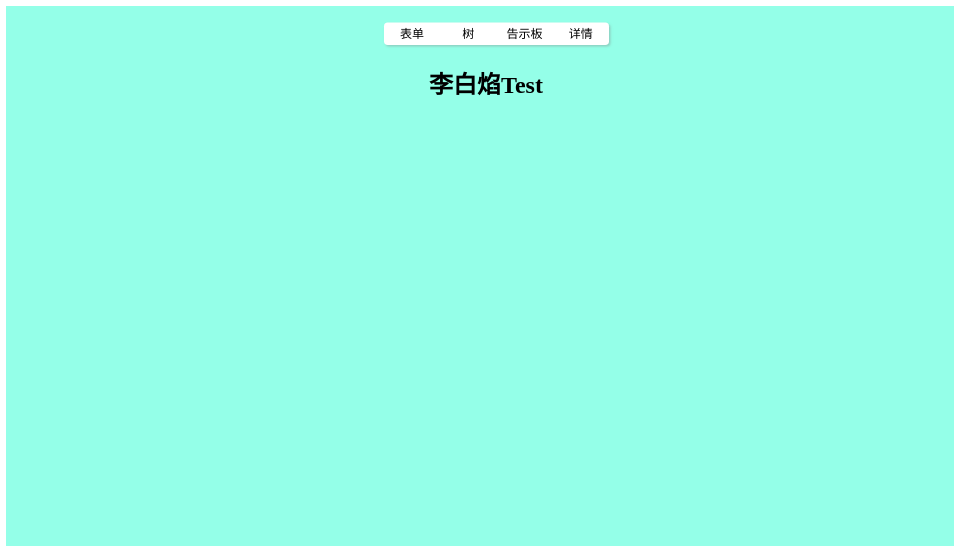
Repository: lxl0302/ClassBegin_-sound_code
Page: /
These files come from the project's save history. The page is drawn as it stood at one moment and after the next save; the edit follows.
The browser window is 1280 px wide. The page is 1288 px wide, so the pictures cover 1288 px, including what lies to the right of the window. The pictures show the whole page, at 75% of full size.
The project was rebuilt for these pictures with package versions that can differ from the ones it lists, and the page was loaded fresh each time. Also part of the build but not shown: src/form/Form.vue, src/form/FromItem.vue, src/form/Input.vue, src/notice/KNotice.vue, src/form/index.vue, src/tree/Item1.vue, src/tree/index1.vue.

Above is the page before, as saved 2020-07-08 17:05:26.

### src/main.js
import Vue from 'vue'
import App from './App.vue'
import create from './utils/create'
import router from './router/index'

Vue.config.productionTip = false

Vue.prototype.$create =create

new Vue({
  router,
  render: h => h(App),
}).$mount('#app')

### src/App.vue
<template>
  <div id="app">
    <HelloWorld />
  </div>
</template>

<script>
import HelloWorld from './views/index'

export default {
  name: 'App',
  components: {
    HelloWorld
  }
}
</script>

<style>
  html,body{
    height: 100%;
  }
  #app {
    height: 100%;
  }
</style>

### src/utils/create.js
import Vue from 'vue';

export default function create(Component, props) {
  // 先创建实例
  const vm = new Vue({
    render(h) {
      // h就是createElement, 它返回VNode
      return h(Component, {props})
    }
  }).$mount();
  // 手动挂在dom 创建实例后 会有与实例对应的实体dom
  document.body.appendChild(vm.$el)
  // 销毁方法
  const comp = vm.$children[0];
  comp.remove = function() {
    document.body.removeChild(vm.$el); // 移除实体dom
    vm.$destroy() // 销毁实例
  }
  return comp
}

### src/router/index.js
import Vue from "vue";
import VueRouter from "vue-router";

// 1.安装插件
Vue.use(VueRouter);

// 2.创建vue-router实例
//   2.1 导入路由映射组件
import KFrom from "../form/index.vue";
import Tree from "../tree/index1.vue";
import HomePage from '../views/homepage.vue'
const router = new VueRouter({
  // 配置映射
  routes: [
    {
      path: '',
      redirect: '/pagehome'
    },
    {
      path: '/pagehome',
      component: HomePage
    },
    {
      path: "/kform", // 设置路由路径
      component: KFrom, // 路由路径对应组件
    },
    {
      path: "/tree",
      component: Tree,
    },
  ],
});

// 3.导出
export default router;

### src/views/index.vue
<template>
  <div class="zong">
    <div class="toolbar">
      <span @click="formClick">表单</span>
      <span @click="treeClick">树</span>
      <span>告示板</span>
      <span>详情</span>
    </div>
    <!-- 展示路由组件 -->
    <router-view></router-view>
  </div>
</template>

<script>
  export default {
    name: '',
    components: {},
    data() {
      return {}
    },
    computed: {},
    mounted() {},
    methods: {
      formClick() {
        this.$router.push('/kform')
      },
      treeClick() {
        this.$router.push('/tree')
      }
    }
  }
</script>
<style scoped>
  div {
    /*早期浏览器*/
    user-select: none;
  }

  .zong {
    width: 100%;
    height: 100%;
    background-color: rgba(0, 255, 200, 0.418);
  }

  .toolbar {
    position: absolute;
    top: 30px;
    left: 40%;
    width: 300px;
    height: 30px;
    border-radius: 5px;
    background-color: white;
    box-shadow: 2px 2px 3px rgba(128, 128, 128, 0.377);
    /* 设置元素两端对齐 */
    text-align: justify;
  }

  .toolbar::after {
    content: '';
    display: inline-block;
    overflow: hidden;
    width: 100%;
  }

  .toolbar span {
    width: 25%;
    /* 设置盒子为行内块 */
    display: inline-block;
    /* background-color: skyblue; */
    /* 设置盒子内元素水平居中 */
    text-align: center;
    /* 设置盒子内容垂直居中 */
    line-height: 30px;
  }

  .toolbar span:hover {
    font-size: 16px;
    color: rgb(47, 206, 255);
  }
</style>

### src/views/homepage.vue
<template>
  <div class=baiyan>
    <h1>李白焰Test</h1>
  </div>
</template>

<script>
export default {
  name: 'homepage',
  components: {},
  data() {
    return {}
  },
  computed: {},
  mounted() {},
  methods: {}
}
</script>
<style scoped>
.baiyan{
  width: 100%;
  position: absolute;
  top: 66px;
  text-align: center;
}
</style>

Loaded but not shown: public/index.html (common file)

After the next save:
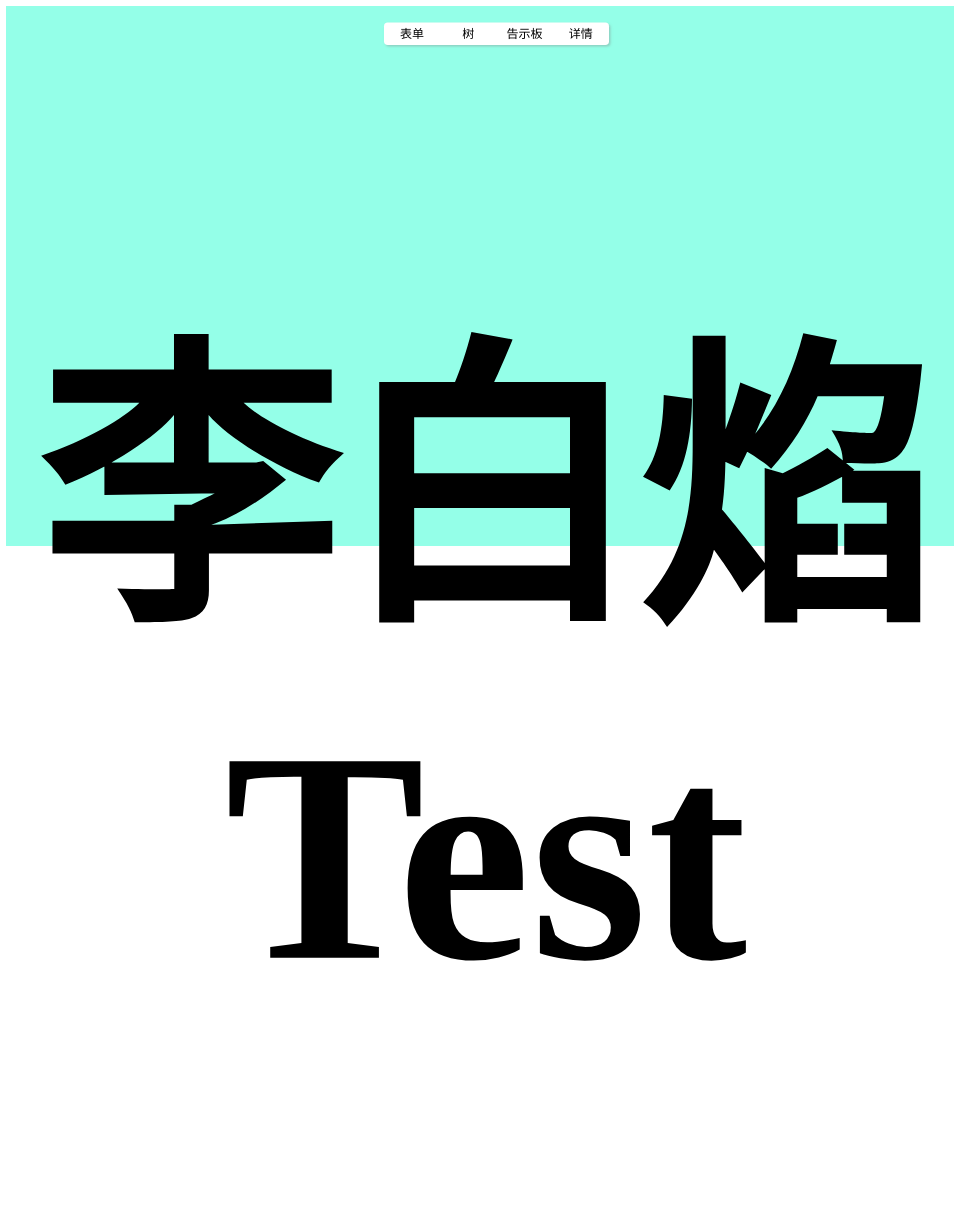
Saved 8 s later.
--- a/src/views/homepage.vue
+++ b/src/views/homepage.vue
@@ -22,5 +22,6 @@ export default {
   position: absolute;
   top: 66px;
   text-align: center;
+  font-size: 200px;
 }
 </style>
